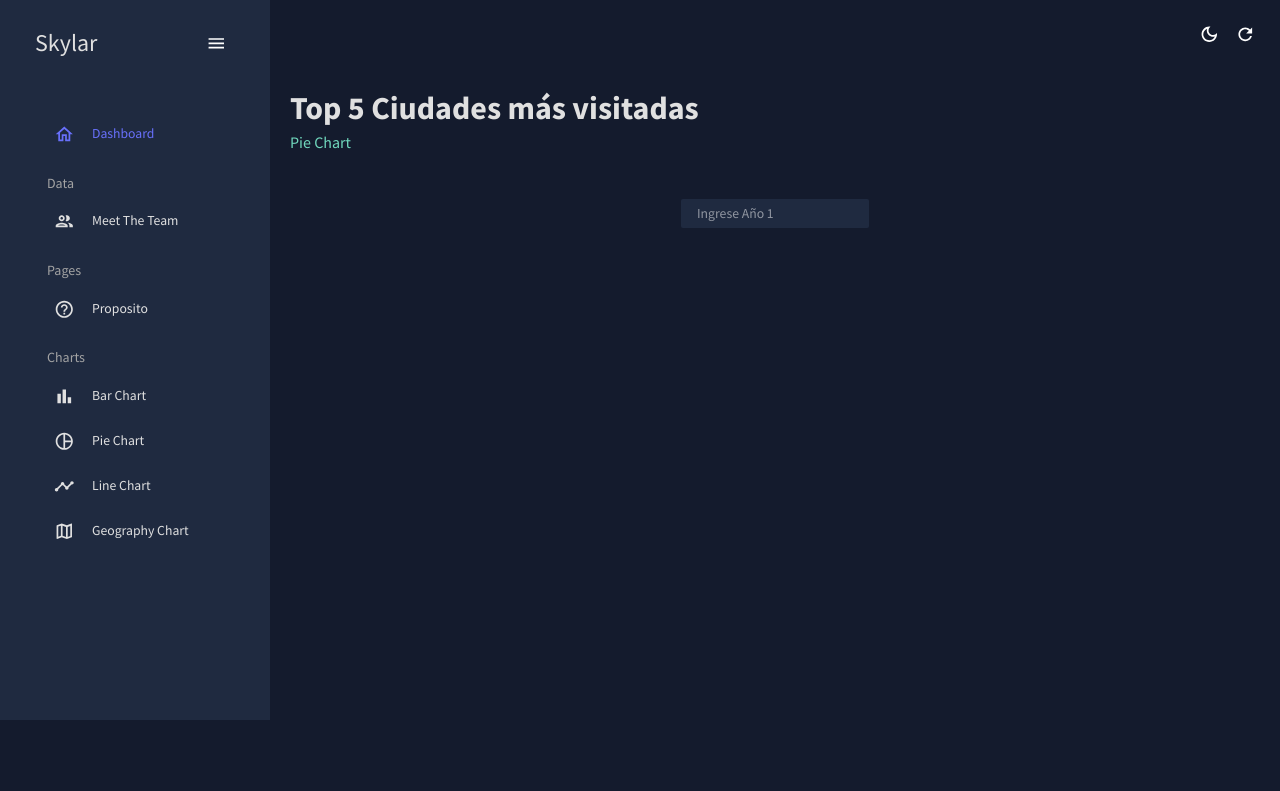
Repository: Carpinteron/Dashboard-DatabaseProject
Page: /pie (app in react-admin-dashboard-master/)
The author's editor kept a copy of each file at every save. The page is drawn from the files as they stood at one save, then again after a run of saves.
The browser window is 1280 px wide. The pictures show the whole page.
The page's requests for data from a server got no answer. The project was rebuilt for these pictures with package versions that can differ from the ones it lists, and the page was loaded fresh each time. No one was signed in, and anything a server would have sent is missing. Also part of the build but not shown: react-admin-dashboard-master/src/data/mockData.js, react-admin-dashboard-master/src/components/LineChart.jsx, react-admin-dashboard-master/src/components/GeographyChart.jsx, react-admin-dashboard-master/src/components/BarChart.jsx, react-admin-dashboard-master/src/components/BarChart2.jsx, react-admin-dashboard-master/src/components/ProgressCircle.jsx, react-admin-dashboard-master/src/components/StatBox.jsx, react-admin-dashboard-master/src/scenes/dashboard/index.jsx and 7 more.

Above is the page before, as saved 2025-05-04 19:11:23.

After the next 2 saves:
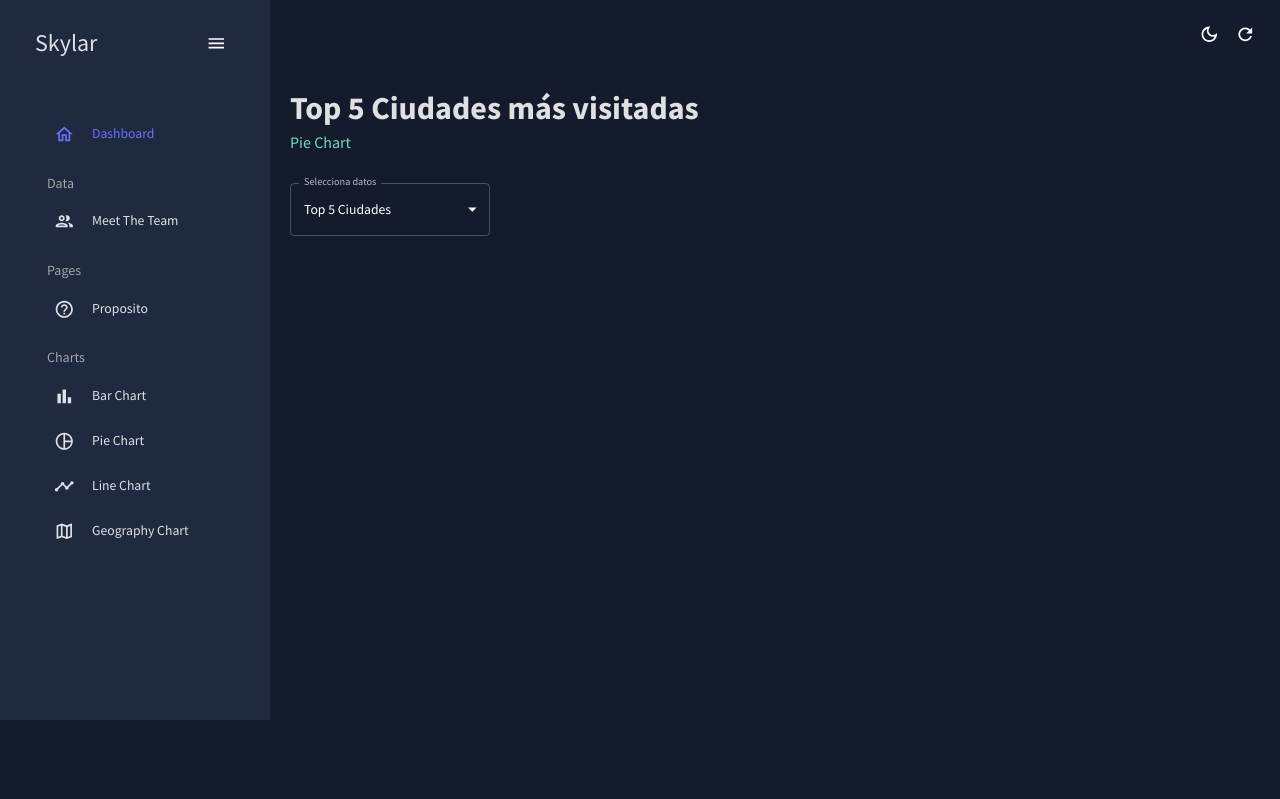
The 2 saves are shown as one change because 1 did not build or start.
The last was saved 3 min 53 s later.
--- a/react-admin-dashboard-master/src/scenes/pie/index.jsx
+++ b/react-admin-dashboard-master/src/scenes/pie/index.jsx
@@ -1,30 +1,31 @@
-import { Box, IconButton } from "@mui/material";
+import { Box, FormControl, InputLabel, MenuItem, Select, Typography } from "@mui/material";
+import { useState } from "react";
 import Header from "../../components/Header";
 import PieChart from "../../components/PieChart";
-import { tokens } from "../../theme";
-import { useTheme } from "@mui/material";
-import InputBase from "@mui/material/InputBase";
-
 
 const Pie = () => {
-  const theme = useTheme();
-  const colors = tokens(theme.palette.mode);
+  const [opcion, setOpcion] = useState("ciudades");
+
   return (
     <Box m="20px">
       <Header title="Top 5 Ciudades más visitadas" subtitle="Pie Chart" />
-      <Box display="flex" justifyContent="center" gap={2} p={2}>
-              {/* SEARCH BAR 1 */}
-              <Box display="flex" backgroundColor={colors.primary[400]} borderRadius="2px">
-                <InputBase
-                  sx={{ ml: 2, flex: 1 }}
-                  placeholder="Ingrese Año 1"
 
-                  //onChange={(e) => setYear1(e.target.value)}
-                />
-              </Box>
-              </Box>
-              <Box height="75vh">
-        <PieChart />
+      {/* Selector de opciones */}
+      <FormControl sx={{ minWidth: 200, mb: 2 }}>
+        <InputLabel>Selecciona datos</InputLabel>
+        <Select
+          value={opcion}
+          label="Selecciona datos"
+          onChange={(e) => setOpcion(e.target.value)}
+        >
+          <MenuItem value="ciudades">Top 5 Ciudades</MenuItem>
+          <MenuItem value="aerolineas">Top 5 Aerolíneas</MenuItem>
+        </Select>
+      </FormControl>
+
+      {/* Gráfica */}
+      <Box height="75vh">
+        <PieChart tipo={opcion} />
       </Box>
     </Box>
   );
